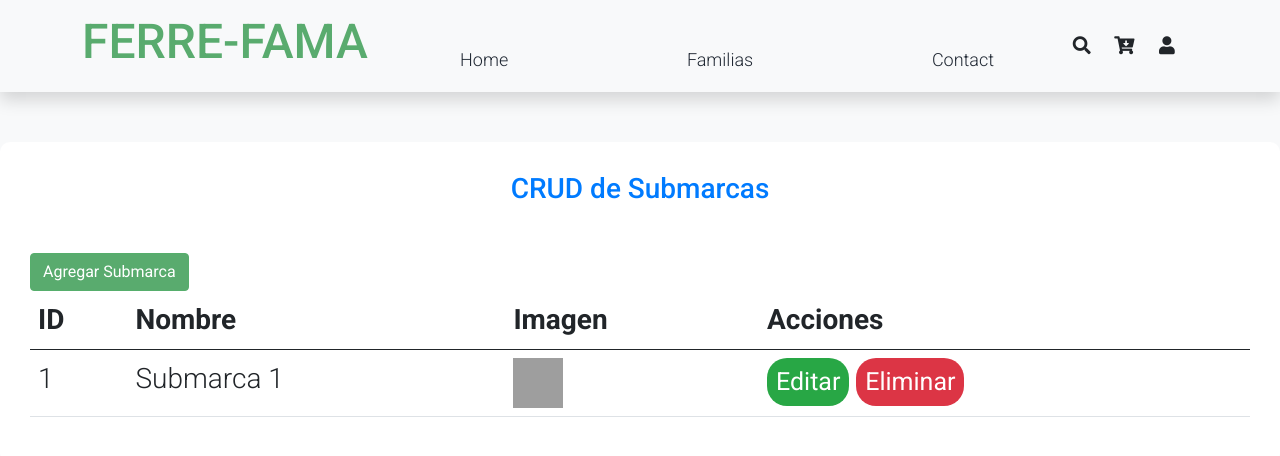
Repository: Yaqode/front-fama
Page: http://localhost/multimedia/Views/marcas.php
These files come from the project's save history. The page is drawn as it stood at one moment and after the next save; the edit follows.
The browser window is 1280 px wide. The pictures show the whole page.
Pictures or frames that could not be fetched are drawn as grey boxes. The page is run by PHP 8.4 with error messages shown; the project is at /var/www/html/.

Above is the page before, as saved 2023-12-06 22:10:06.

After the next save:
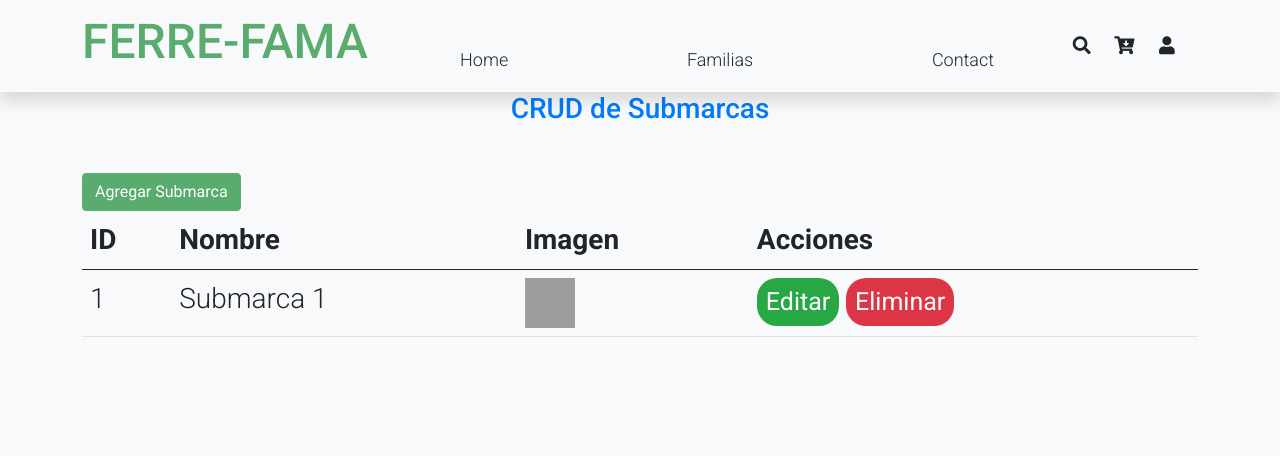
Saved 91 s later.
--- a/Views/marcas.php
+++ b/Views/marcas.php
@@ -120,7 +120,7 @@
 <!-- Close Header -->
 
 
-<div class="containerr">
+<div class="container">
     <h2 class="mb-4">CRUD de Submarcas</h2>
 
     <!-- Botón para abrir el modal de agregar submarca -->

After the save that followed:
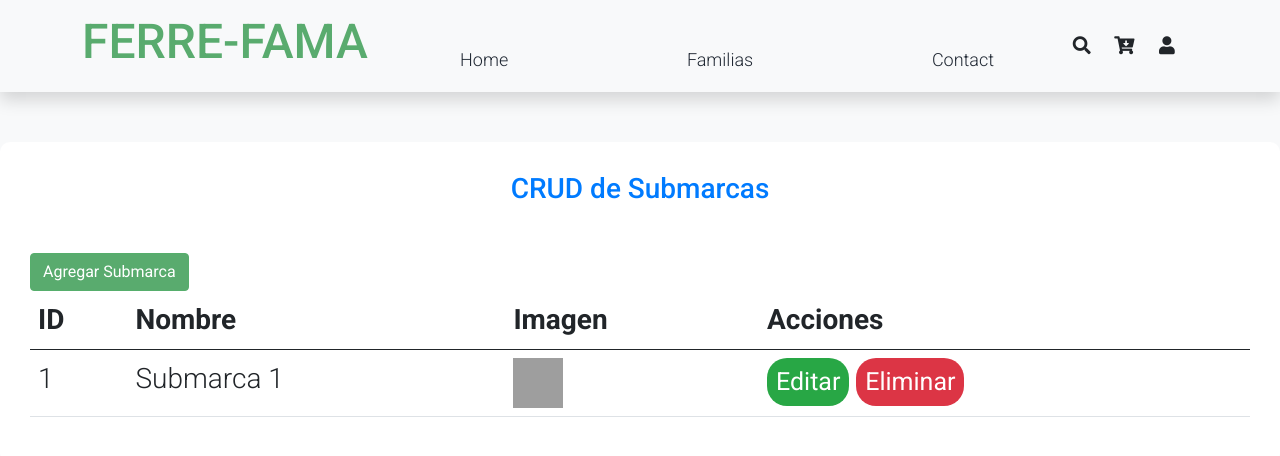
Saved 8 s later.
--- a/Views/marcas.php
+++ b/Views/marcas.php
@@ -120,7 +120,7 @@
 <!-- Close Header -->
 
 
-<div class="container">
+<div class="containerr">
     <h2 class="mb-4">CRUD de Submarcas</h2>
 
     <!-- Botón para abrir el modal de agregar submarca -->
